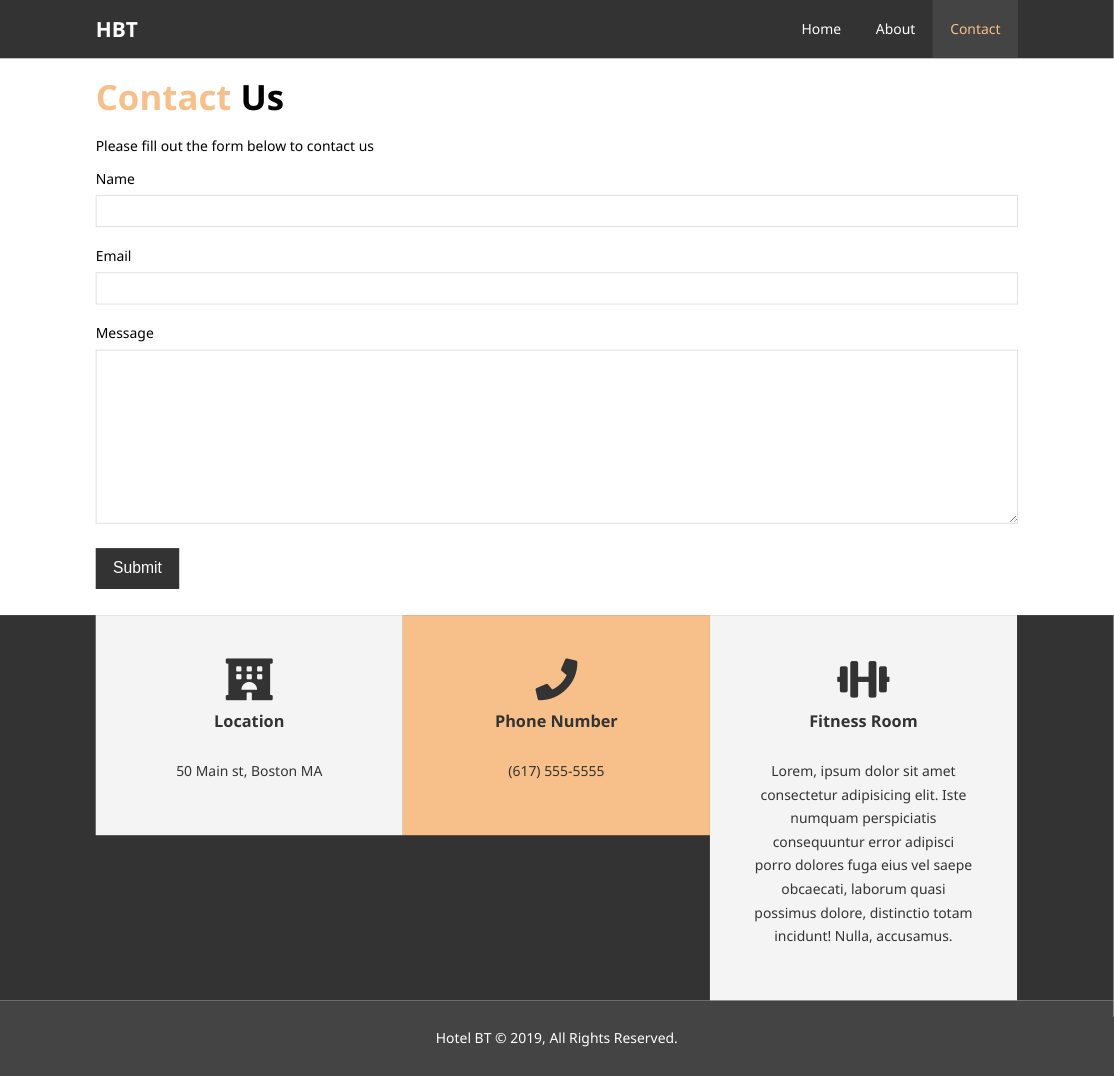
Repository: minhtien9/hotel-website
Page: contact.html
These files come from the project's save history. The page is drawn as it stood at one moment and after the next save; the edit follows.
The browser window is 1280 px wide. The pictures show the whole page, at 87% of full size.

Above is the page before, as saved 2021-08-14 19:03:29.

### contact.html
<!DOCTYPE html>
<html lang="en">

<head>
    <meta charset="UTF-8" />
    <meta http-equiv="X-UA-Compatible" content="IE=edge" />
    <meta name="viewport" content="width=device-width, initial-scale=1.0" />
    <meta name="description" content="Welcome to the most extraordinary hotel in Boston Massachusetts" />
    <meta name="keywords" content="hotel, boston hotel, new england hotel" />
    <link rel="stylesheet" href="https://cdnjs.cloudflare.com/ajax/libs/font-awesome/5.15.4/css/all.min.css" integrity="sha512-1ycn6IcaQQ40/MKBW2W4Rhis/DbILU74C1vSrLJxCq57o941Ym01SwNsOMqvEBFlcgUa6xLiPY/NS5R+E6ztJQ==" crossorigin="anonymous" referrerpolicy="no-referrer"
    />
    <link rel="stylesheet" href="css/style.css" />
    <title>Hotel BT | Contact</title>
</head>

<body>
    <header>
        <nav id="navbar">
            <div class="container">
                <h1 class="logo">
                    <a href="index.html"></a> HBT</h1>
                <ul>
                    <li><a href="index.html">Home</a></li>
                    <li><a href="about.html">About</a></li>
                    <li><a class="current" href="contact.html">Contact</a></li>
                </ul>
            </div>
        </nav>
    </header>
    <section id="contact-form" class="py-3">
        <div class="container">
            <h1 class="l-heading"><span class="text-primary">Contact</span> Us</h1>
            <p>Please fill out the form below to contact us</p>
            <form action="process.php">
                <div class="form-group">
                    <label for="name">Name</label>
                    <input type="text" name="name" id="name" />
                </div>
                <div class="form-group">
                    <label for="email">Email</label>
                    <input type="email" name="email" id="email" />
                </div>
                <div class="form-group">
                    <label for="message">Message</label>
                    <textarea name="message" id="message"></textarea>
                </div>
                <button type="submit" class="btn">Submit</button>
            </form>
        </div>
    </section>

    <section id="contact-info" class="bg-dark">
        <div class="container">
            <div class="box bg-light">
                <i class="fas fa-hotel fa-3x"></i>
                <h3>Location</h3>
                <p>50 Main st, Boston MA</p>
            </div>
            <div class="box bg-primary">
                <i class="fas fa-phone fa-3x"></i>
                <h3>Phone Number</h3>
                <p>(617) 555-5555</p>
            </div>
            <div class="box bg-light">
                <i class="fas fa-dumbbell fa-3x"></i>
                <h3>Fitness Room</h3>
                <p>
                    Lorem, ipsum dolor sit amet consectetur adipisicing elit. Iste numquam perspiciatis consequuntur error adipisci porro dolores fuga eius vel saepe obcaecati, laborum quasi possimus dolore, distinctio totam incidunt! Nulla, accusamus.
                </p>
            </div>
        </div>
    </section>
    <footer id="main-footer">
        <p>Hotel BT &copy; 2019, All Rights Reserved.</p>
    </footer>
</body>

</html>

### css/style.css
/* Reset */

* {
    margin: 0;
    padding: 0;
    box-sizing: border-box;
}


/* Main Styling */

html,
body {
    font-family: 'Segoe UI', Tahoma, Geneva, Verdana, sans-serif;
    line-height: 1.7em;
}

a {
    color: #333;
    text-decoration: none;
}

h1,
h2,
h3 {
    padding-bottom: 20px;
}

p {
    margin: 10px 0;
}


/* Utility Classes */

.container {
    margin: auto;
    max-width: 1100px;
    overflow: auto;
    padding: 0 20px;
}

.text-primary {
    color: #f7c08a;
}

.lead {
    font-size: 20px;
}

.btn {
    display: inline-block;
    font-size: 18px;
    color: #fff;
    background: #333;
    padding: 13px 20px;
    border: none;
    cursor: pointer;
}

.btn:hover {
    background: #f7c08a;
    color: #333;
}

.btn-light {
    background: #f4f4f4;
    color: #333;
}

.bg-dark {
    background: #333;
    color: #fff;
}

.bg-light {
    background: #f4f4f4;
    color: #333;
}

.bg-primary {
    background: #f7c08a;
    color: #333;
}

.clr {
    clear: both;
}

.l-heading {
    font-size: 40px;
}


/* Padding */

.py-1 {
    padding: 10px 0;
}

.py-2 {
    padding: 20px 0;
}

.py-3 {
    padding: 30px 0;
}


/* Navbar */

#navbar {
    background: #333;
    color: #fff;
    overflow: auto;
}

#navbar a {
    color: #fff;
}

#navbar h1 {
    float: left;
    padding-top: 20px;
}

#navbar ul {
    list-style: none;
    float: right;
}

#navbar ul li {
    float: left;
}

#navbar ul li a {
    display: block;
    padding: 20px;
    text-align: center;
}

#navbar ul li a:hover,
#navbar ul li a.current {
    background: #444;
    color: #f7c08a;
}


/* Show case */

#showcase {
    background: url('../img/showcase.jpg') no-repeat center center/cover;
    height: 600px;
}

#showcase .showcase-content {
    color: #fff;
    text-align: center;
    padding-top: 170px;
}

#showcase .showcase-content h1 {
    font-size: 60px;
    line-height: 1.2em;
}

#showcase .showcase-content p {
    padding: bottom 20px;
    line-height: 1.7em;
}


/* Home info */

#home-info {
    height: 400px;
}

#home-info .info-img {
    float: left;
    width: 50%;
    background: url('../img/photo-1.jpg') no-repeat;
    min-height: 100%;
}

#home-info .info-content {
    float: right;
    width: 50%;
    height: 100%;
    text-align: center;
    padding: 50px 30px;
    overflow: hidden;
}

#home-info .info-content p {
    padding-bottom: 30px;
}


/* Features */

.box {
    float: left;
    width: 33.3%;
    padding: 50px;
    text-align: center;
}

.box i {
    margin-bottom: 10px;
}


/* About */

#about-info .info-right {
    float: right;
    width: 50%;
    min-height: 100%;
}

#about-info .info-right img {
    display: block;
    margin: auto;
    width: 70%;
    border-radius: 50%;
}

#about-info .info-left {
    float: left;
    width: 50%;
    min-height: 100%;
}


/* Testimonials */

#testimonials {
    height: 600px;
    background: url('../img/test-bg.jpg') no-repeat center center/cover;
    padding-top: 100px;
}

#testimonials h2 {
    color: #fff;
    text-align: center;
    padding-bottom: 40px;
}

#testimonials .testimonial {
    padding: 20px;
    margin-bottom: 40px;
    border-radius: 5px;
    opacity: 0.9;
}

#testimonials .testimonial img {
    width: 100px;
    float: left;
    margin: -13px 20px 0 0;
    border-radius: 50%;
}


/* Contact form */

#contact-form .form-group {
    margin-bottom: 20px;
}

#contact-form label {
    display: block;
    margin-bottom: 5px;
}

#contact-form input,
#contact-form textarea {
    width: 100%;
    padding: 10px;
    border: 1px #ddd solid;
}

#contact-form textarea {
    height: 200px;
}

#contact-form input:focus,
#contact-form textarea:focus {
    outline: none;
    border-color: #f7c08a;
}


/* Footer */

#main-footer {
    text-align: center;
    background: #444;
    color: #fff;
    padding: 20px;
}

After the next save:
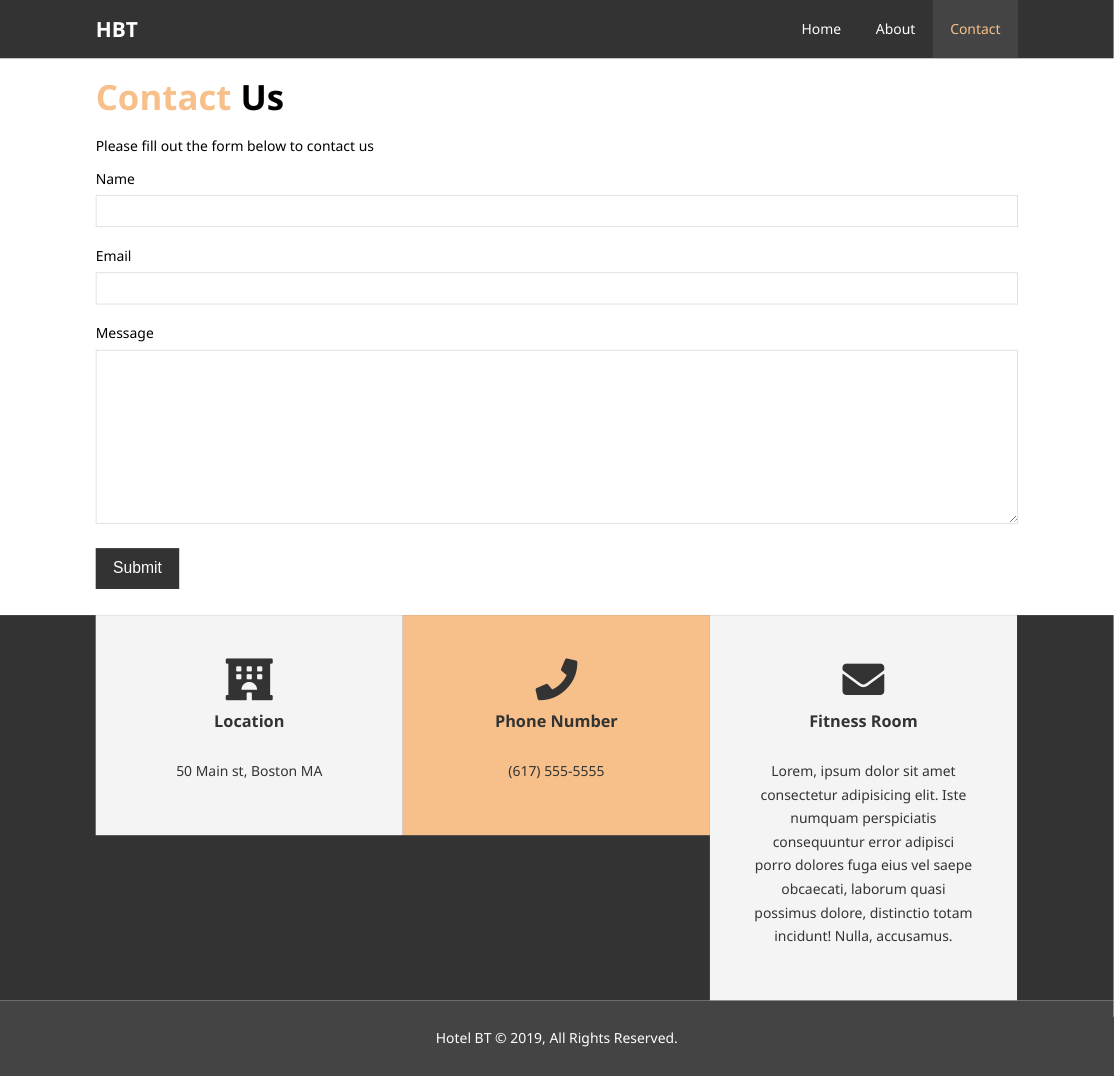
Saved 10 s later.
--- a/contact.html
+++ b/contact.html
@@ -62,7 +62,7 @@
                 <p>(617) 555-5555</p>
             </div>
             <div class="box bg-light">
-                <i class="fas fa-dumbbell fa-3x"></i>
+                <i class="fas fa-envelope fa-3x"></i>
                 <h3>Fitness Room</h3>
                 <p>
                     Lorem, ipsum dolor sit amet consectetur adipisicing elit. Iste numquam perspiciatis consequuntur error adipisci porro dolores fuga eius vel saepe obcaecati, laborum quasi possimus dolore, distinctio totam incidunt! Nulla, accusamus.
